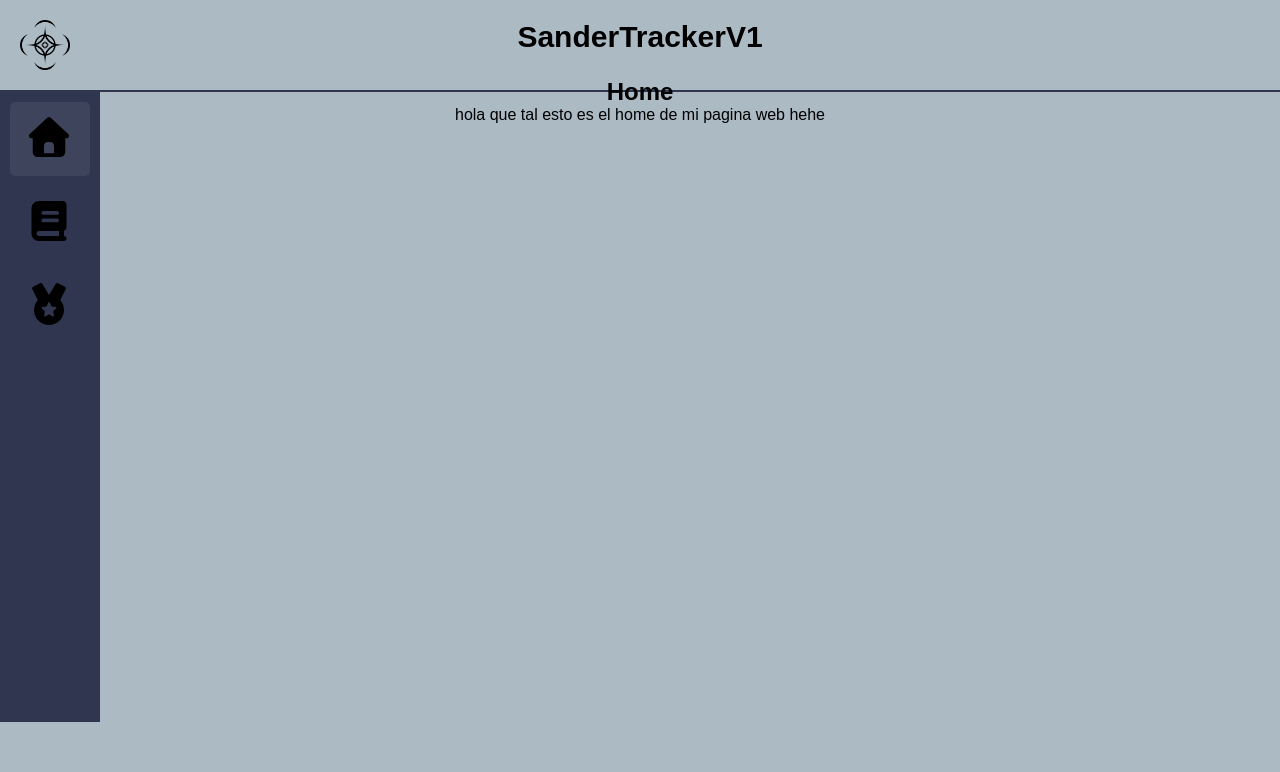
Repository: iocolopus/learn_web
Page: sandertracker_1/index.html
The author's editor kept a copy of each file at every save. The page is drawn from the files as they stood at one save, then again after a run of saves.
The browser window is 1280 px wide. The pictures show the whole page.

Above is the page before, as saved 2026-02-18 21:09:02.

### sandertracker_1/index.html
<!DOCTYPE html>
<html lang="en">
<head>
    <meta charset="UTF-8">
    <meta name="viewport" content="width=device-width, initial-scale=1.0">
    <title>sandertracker_v1</title>
    <link rel="stylesheet" href="styles.css">
    <link rel="stylesheet" href="styles_section.css">
</head>
<body>
    <header>
        <img src="media/comere_logo.png" alt="logo del cosmere" id="pageLogo">
        <h1 id="headerText">SanderTrackerV1</h1>
    </header>
    <nav class="navBar">
        <div class="navItem inNavItem" id="navItem1">
            <img src="media/house-solid-full.svg" alt="more" class="navIcon">
            <h2 class="navText">Home</h2>
        </div>

        <div class="navItem" id="navItem2">
            <img src="media/book-solid-full.svg" alt="more" class="navIcon">
            <h2 class="navText">Books</h2>
        </div>

        <div class="navItem" id="navItem2">
            <img src="media/medal-solid-full.svg" alt="more" class="navIcon">
            <h2 class="navText">Goals</h2>
        </div>
    </nav>

    <section class="inSection" id="home">
        <h1>Home</h1>
        <p>hola que tal esto es el home de mi pagina web hehe</p>
    </section>



    <script src="script.js"></script>
</body>
</html>

### sandertracker_1/styles.css
* {
    margin: 0;
    font-family: sans-serif;
}

body {
    background-color: rgb(172, 186, 196);
}

header {
    background-color: rgb(172, 186, 196);
    border-bottom: 2px solid rgb(48, 54, 79);
    height: 90px;
    text-align: left;
    position: relative;
    text-align: center;
}

#pageLogo {
    position: absolute;
    left: 0;
    right: 0;
    margin: 20px;
    display: inline-block;
    width: 50px;

}

#headerText {
    margin-top: 20px;
    font-size: 30px;
    font-weight: 700;
    display: inline-block;
}

.navBar {
    transition: all 0.2s ease;
    display: inline-block;
    background-color: rgb(48, 54, 79);
    height: calc(100vh - 90px);
    width: 100px;
    overflow: hidden;
}

.navBar:hover{
    width: 200px;
}

.navItem.inNavItem{
    background-color: rgba(172, 186, 196, 0.1);
    border-radius: 5px;
}

.navItem:hover{
    margin: 10px;
    padding: 10px;
    cursor: pointer;
    background-color: rgba(172, 186, 196, 0.2) !important;
    border-radius: 5px;
}

.navItem {
    margin: 10px;
    padding: 10px;
}


.navIcon {
    width: 50px;
    margin-left: 4px;
    height: auto;
    display: inline-block;
    fill: rgb(172, 186, 196);
}



.navText{
    display: none;
    margin-left: 20px;
    color: rgb(172, 186, 196);
    transform: translate(0, -60%);
}

.navText.transparent{
    opacity: 0;
    transition: all 0.3s ease;
}

.navText.opaque{
    opacity: 1;
}

.navText.hovered{
    display: inline-block;

    margin-left: 20px;
    color: rgb(172, 186, 196);
    transform: translate(0, -60%);

}

### sandertracker_1/styles_section.css
section {
    display: none;
}

section.inSection {
    text-align: center;
    display: block;
    transform: translateY(-90vh);
}

### sandertracker_1/script.js
const navBar = document.querySelector(".navBar")
const navTexts = document.querySelectorAll(".navText")
const navItems = document.querySelectorAll(".navItem")
let currentinSection = document.querySelector(".inSection")


navBar.addEventListener("mouseenter", () => {
    time_out = setTimeout( () => {
        navTexts.forEach(
        navText => {
            navText.classList.add("hovered")
        }
    )
    }, 130)
})

navBar.addEventListener("mouseleave", () => {
    clearTimeout(time_out)
    navTexts.forEach(
        navText => navText.classList.remove("hovered")
    )
})

navItems.forEach((navItem) =>
    navItem.addEventListener("click", (event) => {
    id_click = event.target.id
    console.log(event.target.id)
    if (id_click == "navItem1"){
        currentinSection.classList.remove("inSection")
        currentinSection.classList.add("home")
        currentinSection = document.querySelector(".home")
        currentinSection.classList.add("inSection")
    }
    else if (id_click == "navItem2"){
        currentinSection.classList.remove("inSection")
        currentinSection.classList.add("books")
        currentinSection = document.querySelector(".books")
        currentinSection.classList.add("inSection")
    }
    else if (id_click == "navItem3"){
        currentinSection.classList.remove("inSection")
        currentinSection.classList.add("goals")
        currentinSection = document.querySelector(".goals")
        currentinSection.classList.add("inSection")
    }

})
)

After the next 5 saves:
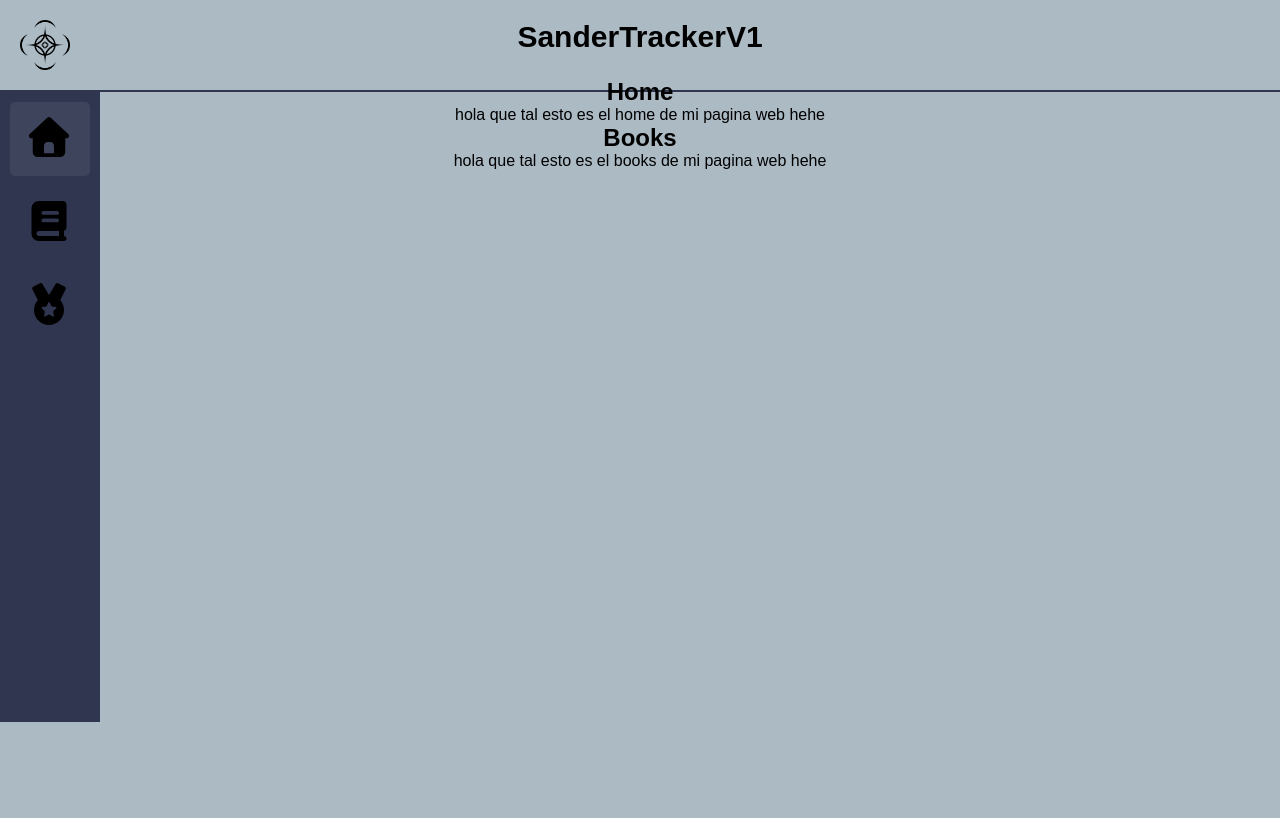
The 5 saves are shown as one change because they came seconds apart.
The last was saved 39 s later.
--- a/sandertracker_1/index.html
+++ b/sandertracker_1/index.html
@@ -34,6 +34,16 @@
         <p>hola que tal esto es el home de mi pagina web hehe</p>
     </section>
 
+    <section class="inSection" id="books">
+        <h1>Books</h1>
+        <p>hola que tal esto es el books de mi pagina web hehe</p>
+    </section>
+
+        <section class=" id="goals">
+        <h1>Goals</h1>
+        <p>hola que tal esto es el goals de mi pagina web hehe</p>
+    </section>
+
 
 
     <script src="script.js"></script>

After the 2 saves that followed:
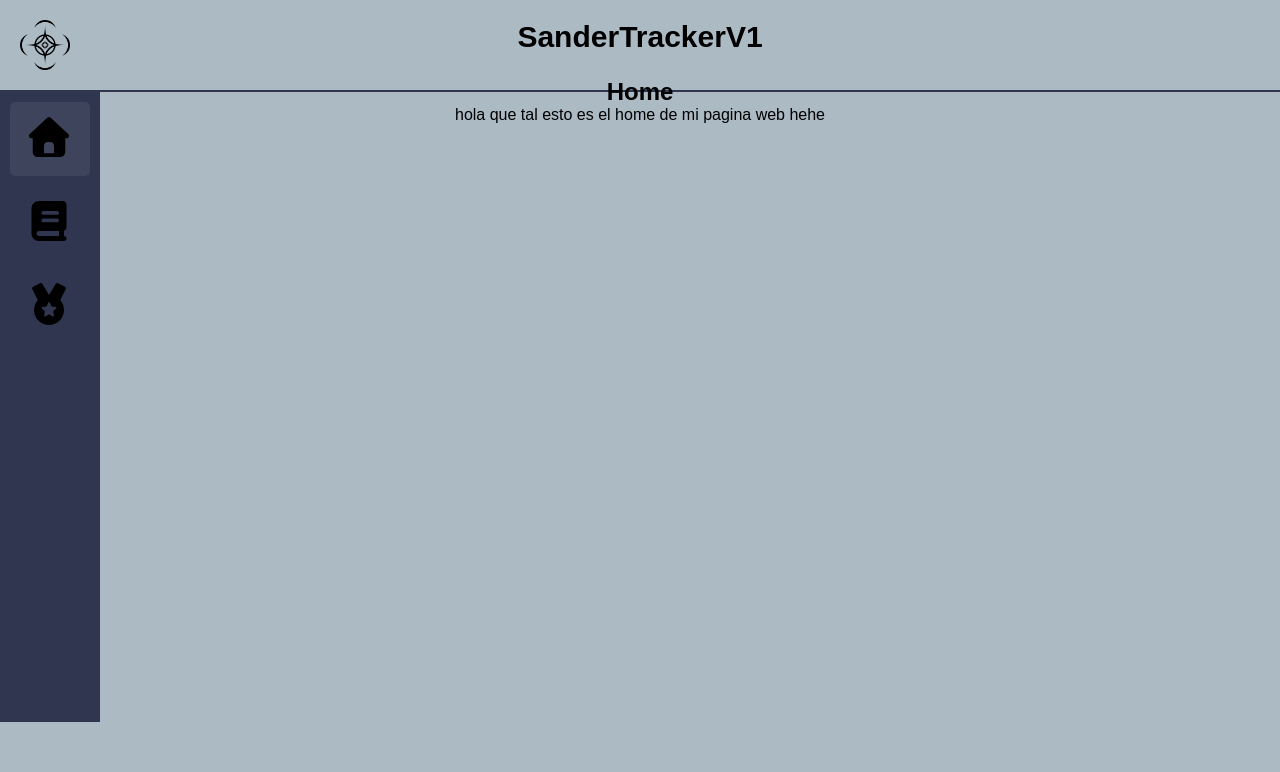
The 2 saves are shown as one change because they came seconds apart.
The last was saved 7 s later.
--- a/sandertracker_1/index.html
+++ b/sandertracker_1/index.html
@@ -34,12 +34,12 @@
         <p>hola que tal esto es el home de mi pagina web hehe</p>
     </section>
 
-    <section class="inSection" id="books">
+    <section id="books">
         <h1>Books</h1>
         <p>hola que tal esto es el books de mi pagina web hehe</p>
     </section>
 
-        <section class=" id="goals">
+        <section id="goals">
         <h1>Goals</h1>
         <p>hola que tal esto es el goals de mi pagina web hehe</p>
     </section>
